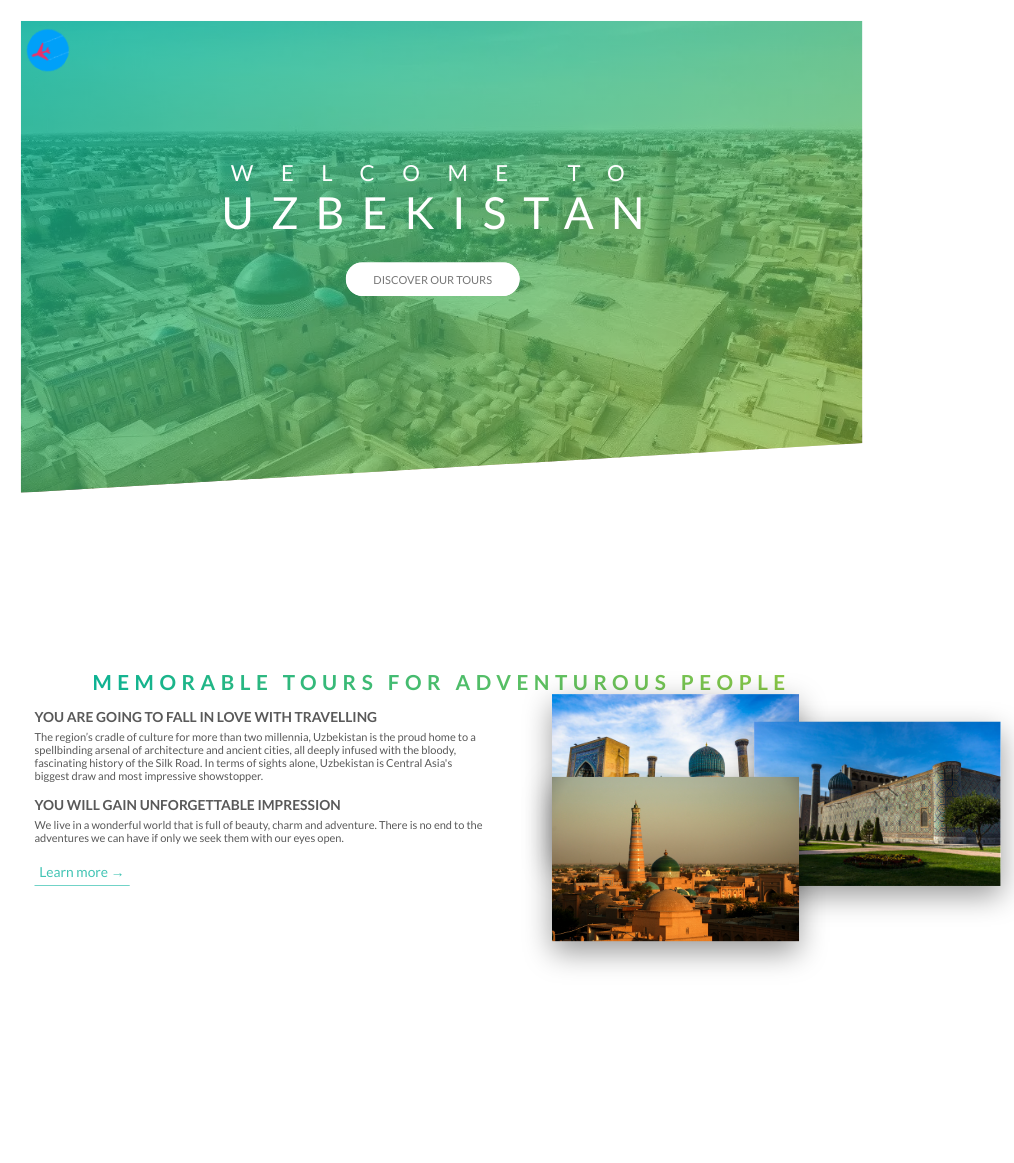
Repository: bmbrdr/UzTours
Page: index.html
An editor plug-in stored every save of this project. The page is shown before and after the next save, followed by the edit.
The browser window is 1280 px wide. The page is 1470 px wide, so the pictures cover 1470 px, including what lies to the right of the window. The pictures show the whole page, at 69% of full size.
The style sheet was rebuilt from its Sass, Less or Tailwind sources for each picture, by a compiler version that may differ from the author's.

Above is the page before, as saved 2021-08-09 14:55:36.

After the next save:
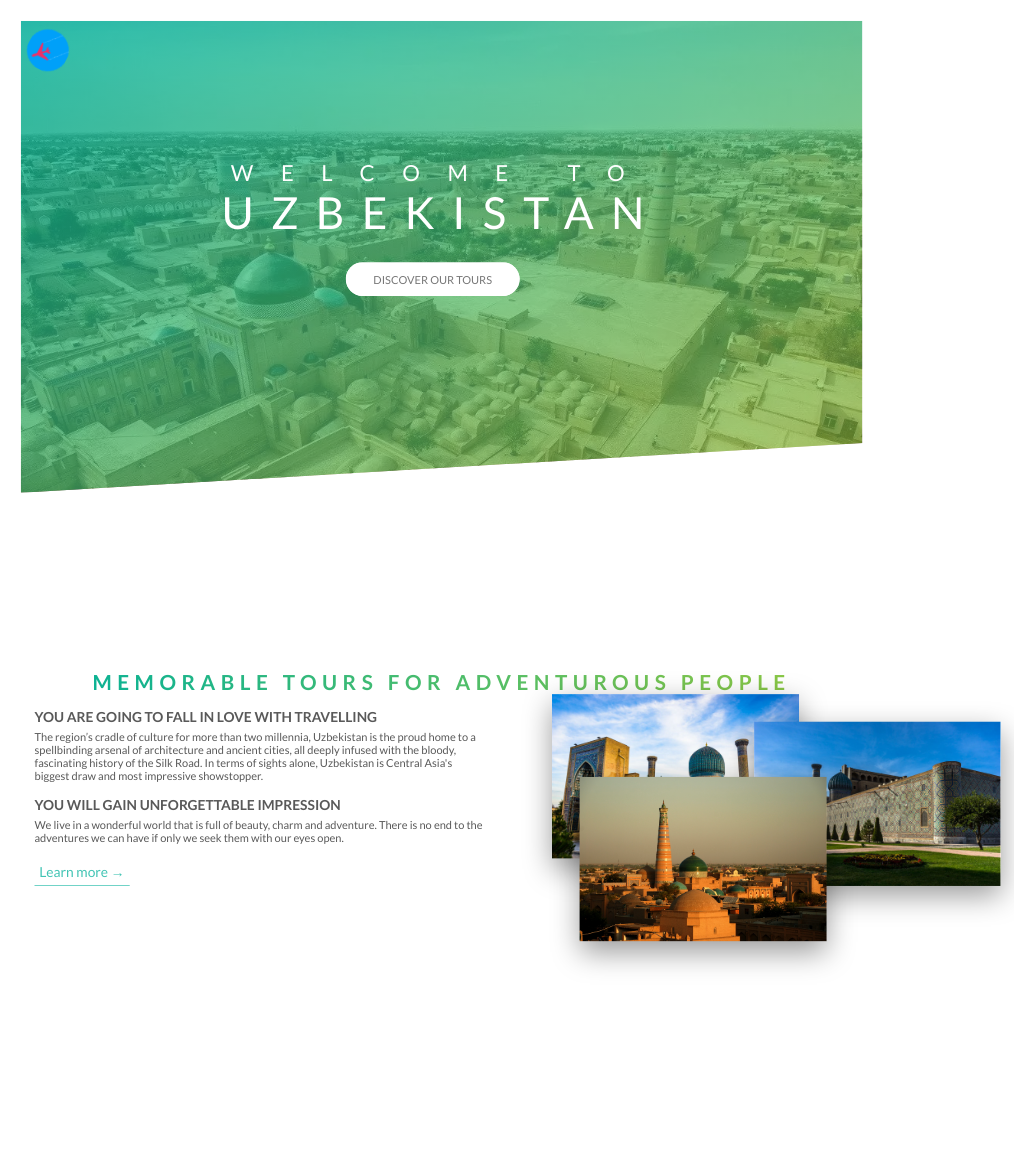
Saved 7 s later.
--- a/style/components/_images.scss
+++ b/style/components/_images.scss
@@ -21,6 +21,7 @@
 
     &--3{
       top:10rem;
+      left:4rem;
     }
   }
     }
